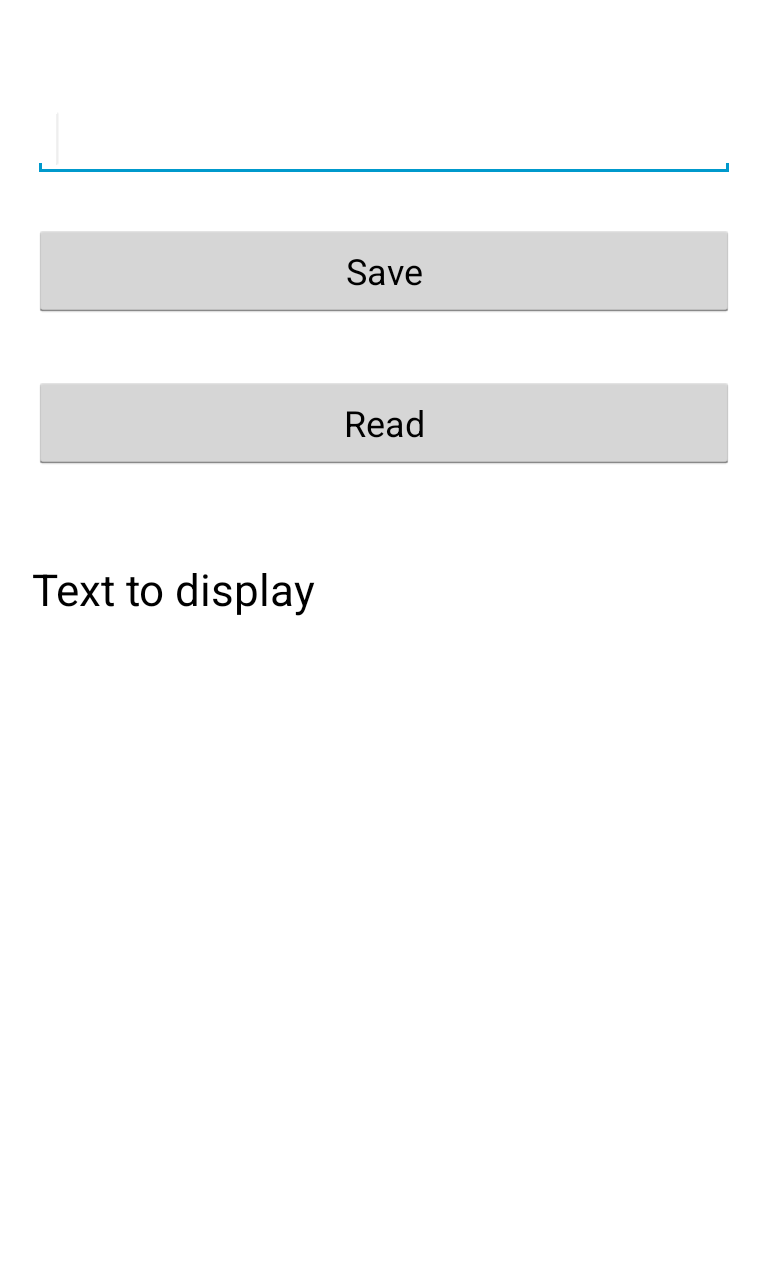
Repository: MadhuHS/JECM3
Layout: InternalStorage/res/layout/activity_main.xml
The author's editor kept a copy of each file at every save. The layout is drawn from the files as they stood at one save, then again after the next save.
It is drawn on a 768 x 1280 px phone screen (xhdpi) without system bars, with theme AppTheme; the app's code is not run.

Above is the layout before, as saved 2015-12-19 03:08:57.

After the next save:
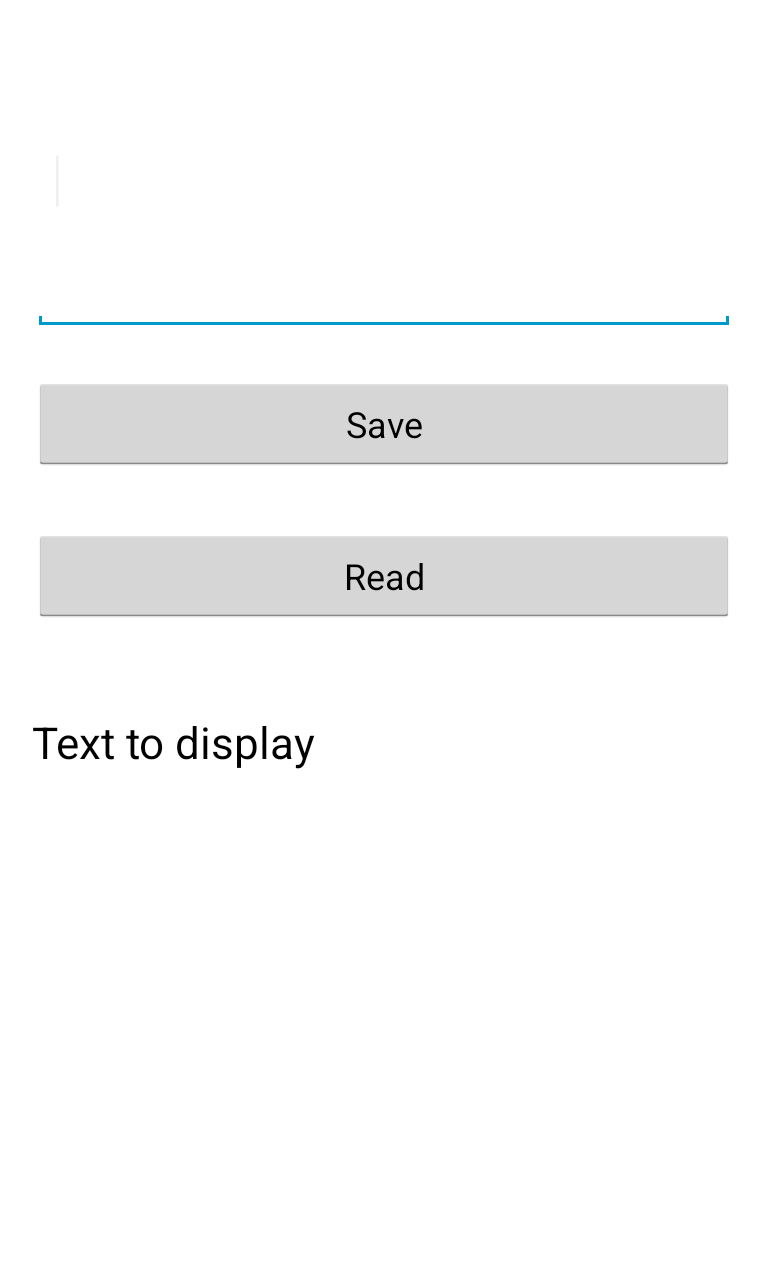
Saved 44 s later.
--- a/InternalStorage/res/layout/activity_main.xml
+++ b/InternalStorage/res/layout/activity_main.xml
@@ -11,11 +11,10 @@
     <EditText
         android:id="@+id/editTextinput"
         android:layout_width="wrap_content"
-        android:layout_height="wrap_content"
+        android:layout_height="150dp"
         android:layout_alignParentLeft="true"
         android:layout_alignParentRight="true"
         android:layout_alignParentTop="true"
-        android:layout_marginTop="34dp"
         android:ems="10" >
 
         <requestFocus />
